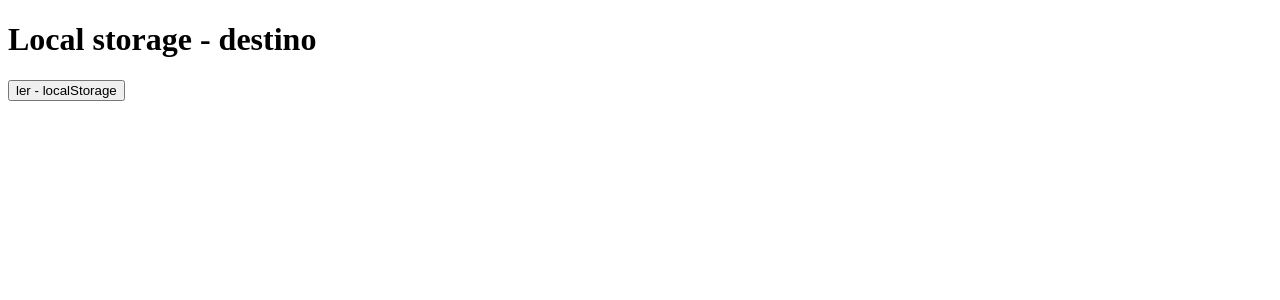
Repository: NicholasMaestrello/treinamento-impacta
Page: DesenvolvimentoJava/Modulo06/05_Storage/WebContent/session_storage_destino.html
An editor plug-in stored every save of this project. The page is shown before and after the next save, followed by the edit.
The browser window is 1280 px wide. The pictures show the whole page.

Above is the page before, as saved 2017-10-23 16:22:25.
Console error: ReferenceError: verificar is not defined

### DesenvolvimentoJava/Modulo06/05_Storage/WebContent/session_storage_destino.html
<!DOCTYPE html>
<html>
<head>
<meta charset="UTF-8" />
<meta name="viewport" content="width=device-width, initial-scale=1.0" />
<title>Insert title here</title>
</head>
<body>
	<h1>Local storage - destino</h1>
	<input type="button" id="ler" value="ler - localStorage" /><br/>

	<div id="resposta"></div>

	<script type="text/javascript">
		let ler = document.getElementById("ler")
		ler.addEventListener('click', function(){
			let texto = localStorage.getItem('local')
			let resposta = document.getElementById('resposta')
			resposta.innerHTML = `valor armazenad : ${texto}`
		})

		verificar.addEventListener("click", function(){
			let resposta = document.getElementById("resposta")
			conteudo = sessionStorage.getItem("session")
			resposta.innerHTML = `Resposta : ${conteudo}`
		})
	</script>
</body>
</html>

After the next save:
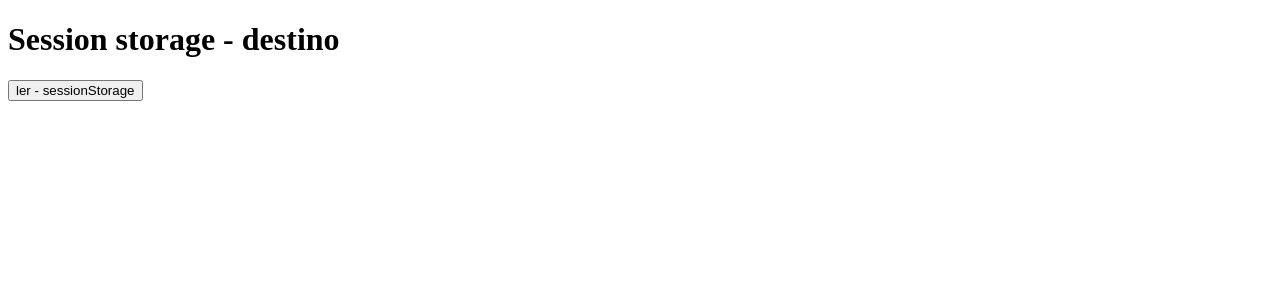
The error is gone.
Saved 2 min 39 s later.
--- a/DesenvolvimentoJava/Modulo06/05_Storage/WebContent/session_storage_destino.html
+++ b/DesenvolvimentoJava/Modulo06/05_Storage/WebContent/session_storage_destino.html
@@ -6,23 +6,17 @@
 <title>Insert title here</title>
 </head>
 <body>
-	<h1>Local storage - destino</h1>
-	<input type="button" id="ler" value="ler - localStorage" /><br/>
+	<h1>Session storage - destino</h1>
+	<input type="button" id="ler" value="ler - sessionStorage" /><br/>
 
 	<div id="resposta"></div>
 
 	<script type="text/javascript">
 		let ler = document.getElementById("ler")
 		ler.addEventListener('click', function(){
-			let texto = localStorage.getItem('local')
+			let texto = localStorage.getItem('session')
 			let resposta = document.getElementById('resposta')
 			resposta.innerHTML = `valor armazenad : ${texto}`
-		})
-
-		verificar.addEventListener("click", function(){
-			let resposta = document.getElementById("resposta")
-			conteudo = sessionStorage.getItem("session")
-			resposta.innerHTML = `Resposta : ${conteudo}`
 		})
 	</script>
 </body>
